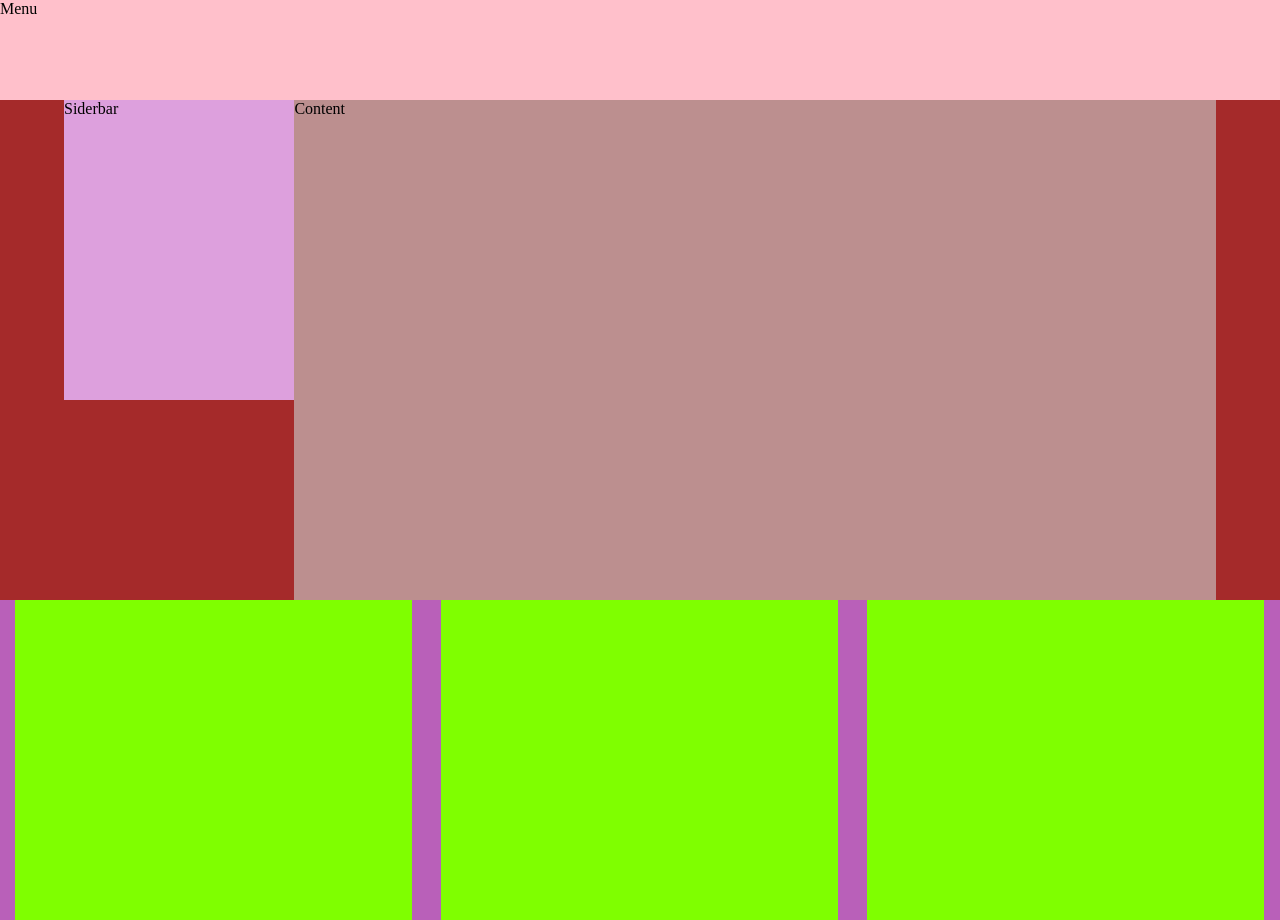
Repository: cvTuananh/Wed-famework
Page: Lab04/lab04/demo05.html
An editor plug-in stored every save of this project. The page is shown before and after the next save, followed by the edit.
The browser window is 1280 px wide. The pictures show the whole page.

Above is the page before, as saved 2021-09-28 19:58:00.

### Lab04/lab04/demo05.html
<!DOCTYPE html>
<html lang="en">
<head>
    <meta charset="UTF-8">
    <meta http-equiv="X-UA-Compatible" content="IE=edge">
    <meta name="viewport" content="width=device-width, initial-scale=1.0">
    <title>layout2</title>
    <link rel="stylesheet" type="text/css" href="./css/demo05.css">
</head>
<body>
    <nav>Menu</nav>

    <div class="container">
        <section>
            <aside>Siderbar</aside>
            <article>Content</article>
        </section>
    </div>

    <footer>
        <div class="column"></div>
        <div class="column"></div>
        <div class="column"></div>
        <div class="column"></div>
        <div class="column"></div>
        <div class="column"></div>
    </footer>
</body>
</html>

### Lab04/lab04/css/demo05.css
*{
    padding: 0;
    margin: 0;
    box-sizing: border-box;
}
.container{
    overflow: hidden;
    background-color: brown;
}
section{
    width: 90%;
    margin: 0 auto;
}
nav{
    background-color: pink;
    height: 100px;
}
aside{
    background-color: plum;
    height: 300px;
    width: 20%;
    float: left;
}
article{
    background-color: rosybrown;
    height: 500px;
    width: 80%;
    float: left;
}

footer{
    background-color: rgb(185, 96, 185);
    overflow: hidden;
}
.column{
    width: 31%;
    margin: 0px 1.15%;
    height: 160px;
    background-color: chartreuse;
    float: left;
}

After the next save:
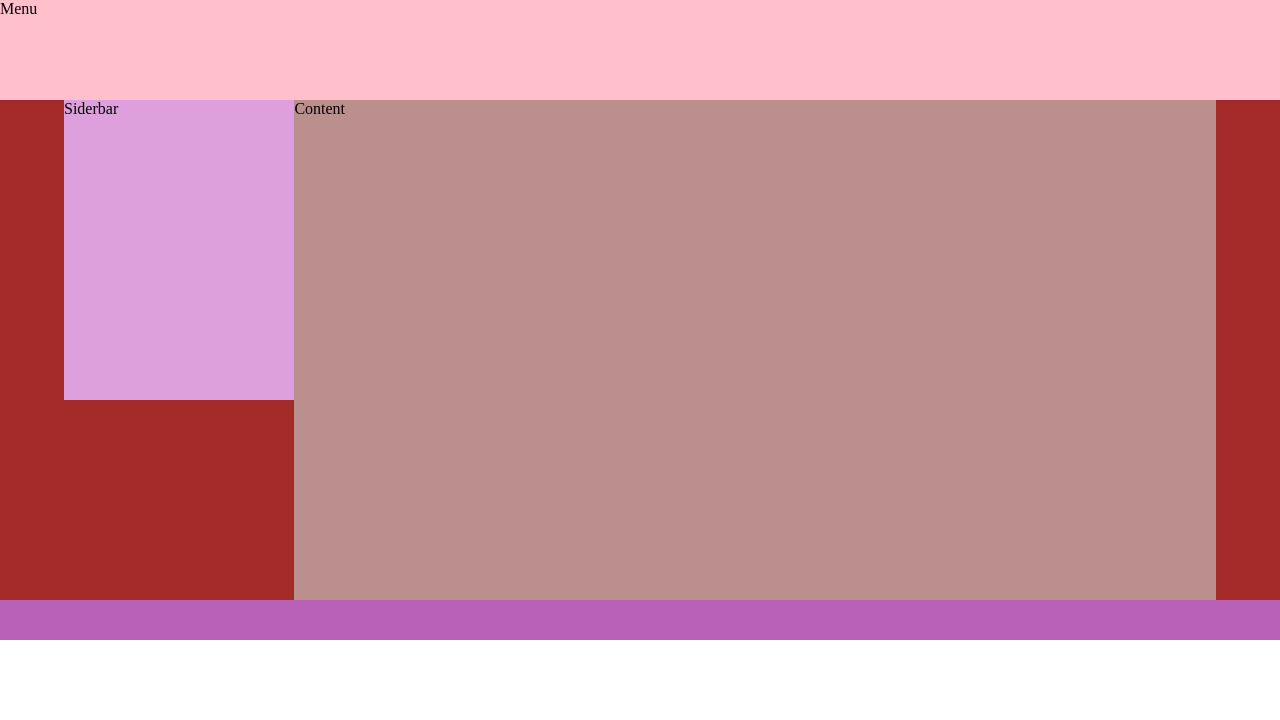
Saved 4 s later.
--- a/Lab04/lab04/css/demo05.css
+++ b/Lab04/lab04/css/demo05.css
@@ -34,8 +34,8 @@ footer{
 }
 .column{
     width: 31%;
-    margin: 0px 1.15%;
-    height: 160px;
-    background-color: chartreuse;
+    margin: 10px 1.15%;
+    /* height: 160px; */
+    background-color: rgb(0, 60, 255);
     float: left;
 }
